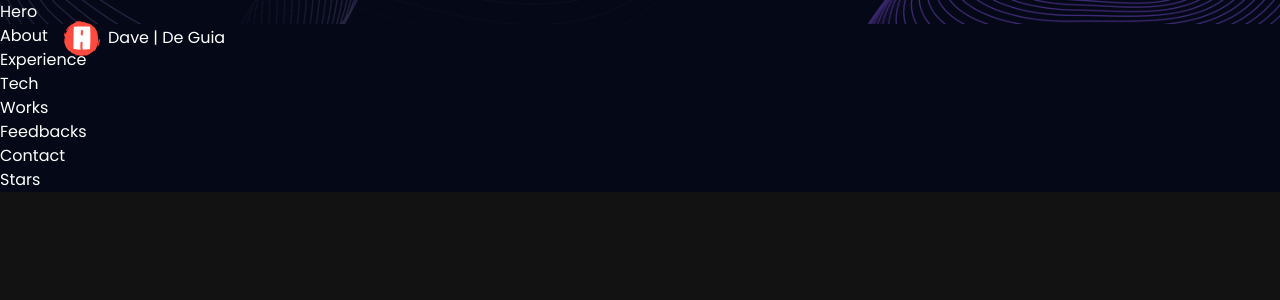
Repository: davedeguia/3d-portfolio
Page: /
These files come from the project's save history. The page is drawn as it stood at one moment and after the next save; the edit follows.
The browser window is 1280 px wide. The pictures show the whole page.
The project was rebuilt for these pictures with package versions that can differ from the ones it lists, and the page was loaded fresh each time. Also part of the build but not shown: vite.config.js, src/components/canvas/Earth.jsx, src/components/canvas/Ball.jsx, src/components/canvas/Computers.jsx.

Above is the page before, as saved 2023-03-04 14:32:43.

After the next save:
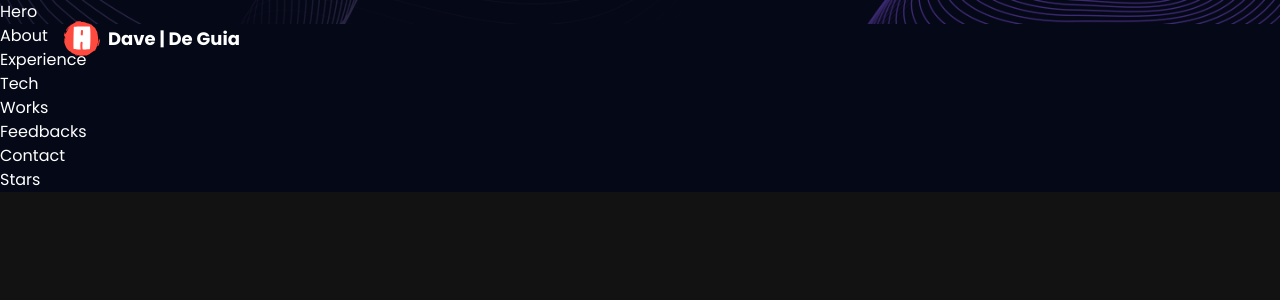
Saved 49 s later.
--- a/src/components/Navbar.jsx
+++ b/src/components/Navbar.jsx
@@ -20,7 +20,7 @@
           }}
         >
           <img src={logo} alt='logo' className='w-9 h-9 object-contain' />
-          <p>
+          <p className='text-white text-[18px] font-bold cursor-pointer'>
             Dave <span>| De Guia</span>
           </p>
         </Link>
